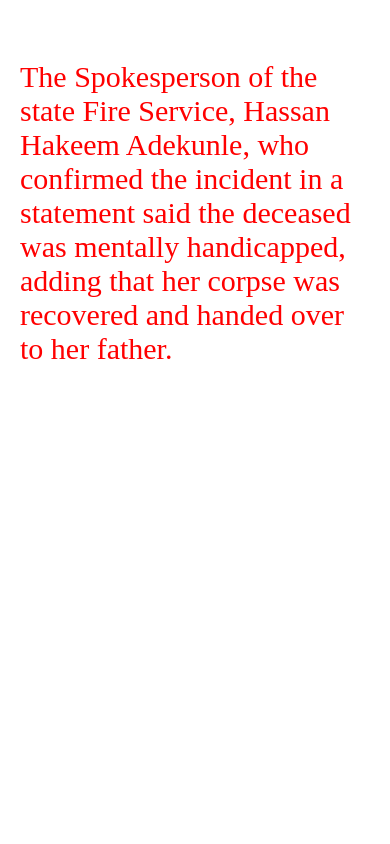
Repository: akinmiday/ReactNativeApp
Screen: /
An editor plug-in stored every save of this project. The screen is shown before and after the next save, followed by the edit.
The app was drawn by React Native's web renderer in a window 390 px wide. The project was rebuilt for these pictures with package versions that can differ from the ones it lists, and the page was loaded fresh each time.

Above is the screen before, as saved 2023-08-06 15:56:38.

### App.js
import { View, Text } from "react-native";
import styles from "./styles";
import { useState } from "react";

export default function App() {
  const { container, text } = styles;

  return (
    <View style={container}>
      <Text style={text}>
        The Spokesperson of the state Fire Service, Hassan Hakeem Adekunle, who
        confirmed the incident in a statement said the deceased was mentally
        handicapped, adding that her corpse was recovered and handed over to her
        father.
      </Text>
    </View>
  );
}

### styles.js
import { StyleSheet } from "react-native";

const styles = StyleSheet.create({
  container: {
    marginTop: 40,
    padding: 20,
    backgroundColor: "#fff",
    flex: 1,
  },
  input: {
    backgroundColor: "pink",
    marginTop: 20,
    padding: 20,
    marginTop: 20,
    marginBottom: 20,
  },
  text: {
    color: "red",
    fontSize: 30,
    fontFamily: "Avenir Next Condensed",
  },
  button: {
    backgroundColor: "yellow",
    padding: 15,
    alignItems: "center",
    width: "50%",
    alignSelf: "center",
    borderWidth: 5,
    borderColor: "green",
    marginTop: 20,
  },
  item: {
    backgroundColor: "yellow",
    padding: 20,
    marginVertical: 5,
  },
  header: {
    fontSize: 15,
  },
  title: {
    fontSize: 10,
  },
});

export default styles;

After the next save:
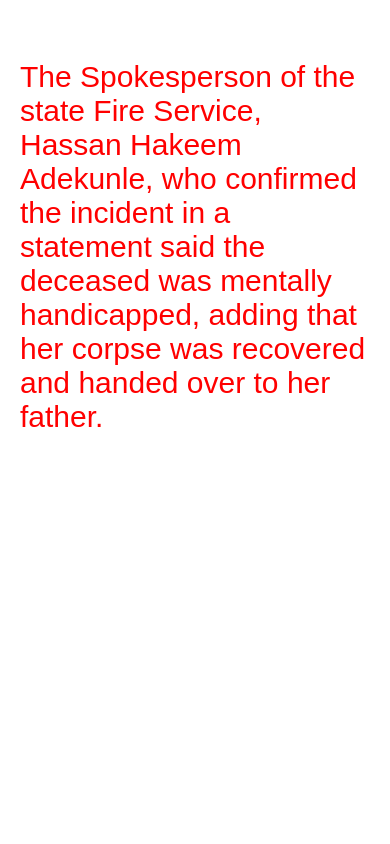
Saved 40 s later.
--- a/styles.js
+++ b/styles.js
@@ -17,7 +17,7 @@ const styles = StyleSheet.create({
   text: {
     color: "red",
     fontSize: 30,
-    fontFamily: "Avenir Next Condensed",
+    fontFamily: "Arial",
   },
   button: {
     backgroundColor: "yellow",
